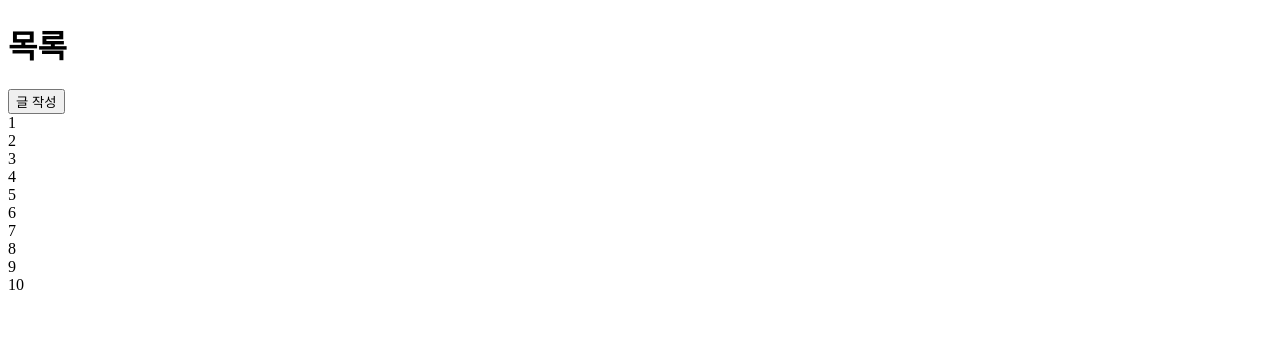
Repository: jennienterry/Board
Page: http://localhost/BoardVer2/list
The author's editor kept a copy of each file at every save. The page is drawn from the files as they stood at one save, then again after the next save.
The browser window is 1280 px wide. The pictures show the whole page.
The page is served by Tomcat 9. Other server files are loaded and not shown.

Above is the page before, as saved 2021-04-28 06:13:43.

### WebWorkspace/BoardVer2/src/main/webapp/WEB-INF/jsp/list.jsp
<%@ page language="java" contentType="text/html; charset=UTF-8"
	pageEncoding="UTF-8"%>

<%@ taglib uri="http://java.sun.com/jsp/jstl/core" prefix="c"%>
<!-- 명령어 시작은 c -->

<!DOCTYPE html>
<html>
<head>
<meta charset="UTF-8">
<title>목록</title>
<style>
table, th, td {
	border: 1px solid black;
	border-collapse: collapse;
}
</style>
</head>
<body>
	<h1>목록</h1>
	<a href="/write"><button>글 작성</button></a>

	<c:forEach var="i" begin="1" end="10"> <!-- 변수명, 목록데이터,  / 음수값ㄴㄴ -->
	<!-- end는 종료값 , 배수 step="2"-->
		<div>${i}</div> <!-- 어딘가(pageContext) setAttribute가 있다는 의미가 된다. -->
	</c:forEach>

	<table>
	<c:forEach var="item" items="${list}">
	</c:forEach>
	</table>

</body>
</html>

### WebWorkspace/BoardVer2/src/main/java/com/koreait/board2/BoardListServlet.java
package com.koreait.board2;

import java.io.IOException;
import java.util.List;

import javax.servlet.ServletException;
import javax.servlet.annotation.WebServlet;
import javax.servlet.http.HttpServlet;
import javax.servlet.http.HttpServletRequest;
import javax.servlet.http.HttpServletResponse;

@WebServlet("/list")
public class BoardListServlet extends HttpServlet {
	private static final long serialVersionUID = 1L;


	protected void doGet(HttpServletRequest request, HttpServletResponse response) throws ServletException, IOException {
		List<BoardVO> list = Database.db;
		request.setAttribute("list",list);

		String jsp = "WEB-INF/jsp/list.jsp";
		request.getRequestDispatcher(jsp).forward(request, response);
	}
	protected void doPost(HttpServletRequest request, HttpServletResponse response) throws ServletException, IOException {

	}

}

### WebWorkspace/BoardVer2/src/main/java/com/koreait/board2/Database.java
package com.koreait.board2;

import java.util.ArrayList;
import java.util.List;

public class Database {
	public static List<BoardVO> db = new ArrayList();

}

After the next save:
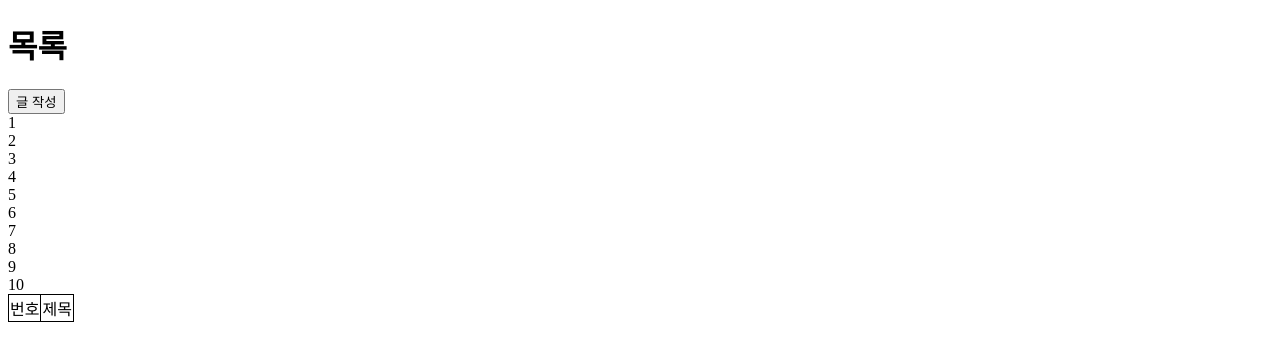
Saved 3 min 2 s later.
--- a/WebWorkspace/BoardVer2/src/main/webapp/WEB-INF/jsp/list.jsp
+++ b/WebWorkspace/BoardVer2/src/main/webapp/WEB-INF/jsp/list.jsp
@@ -26,7 +26,16 @@ table, th, td {
 	</c:forEach>
 
 	<table>
-	<c:forEach var="item" items="${list}">
+	<tr>
+	<td>번호</td>
+	<td>제목</td>
+	</tr>
+	<c:forEach var="item" items="${list}" varStatus="status">
+
+	<tr>
+	<td>${status.index}</td>
+	<td>${item.title}</td>
+	</tr>
 	</c:forEach>
 	</table>
 
